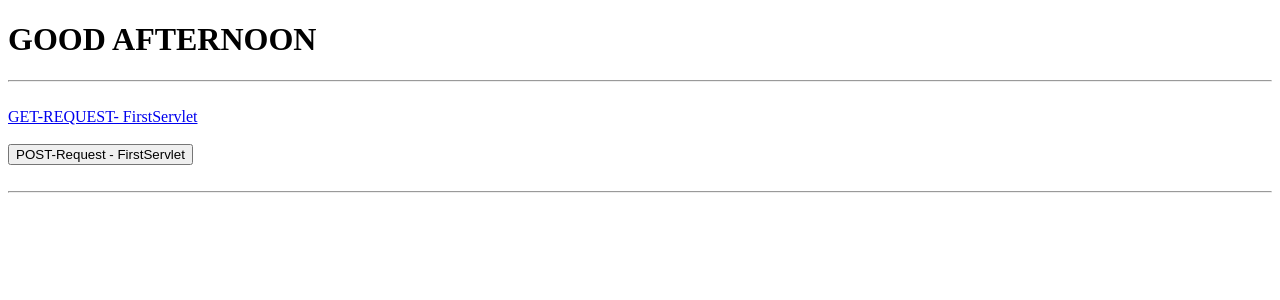
Repository: sunbeam-modular/IIT-08-B-Java
Page: Day06/codes/day1/secondapp/src/main/webapp/index.html
These files come from the project's save history. The page is drawn as it stood at one moment and after the next save; the edit follows.
The browser window is 1280 px wide. The pictures show the whole page.

Above is the page before, as saved 2025-12-22 10:15:47.

After the next save:
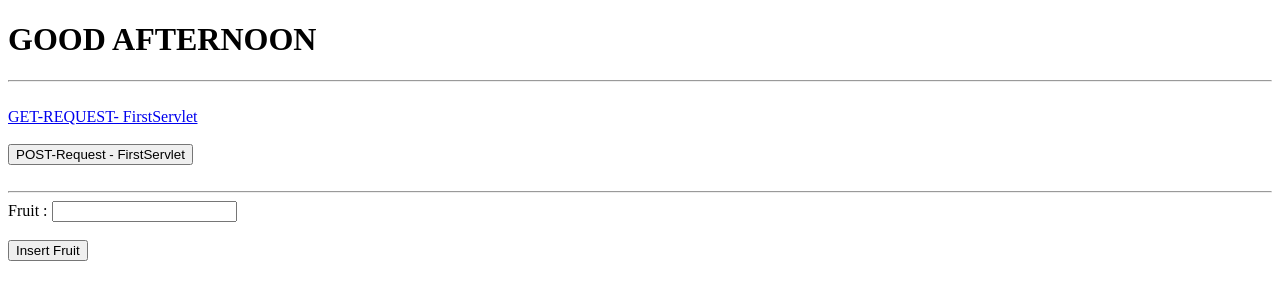
Saved 32 s later.
--- a/Day06/codes/day1/secondapp/src/main/webapp/index.html
+++ b/Day06/codes/day1/secondapp/src/main/webapp/index.html
@@ -22,7 +22,8 @@
 </div>
 <div>
 <form method = "get" action = "second">
-
+Fruit : <input type = "text" name = "fruit"/><br><br/>
+<input type = "submit" value = "Insert Fruit"/>
 </form>
 </div>
 </body>
